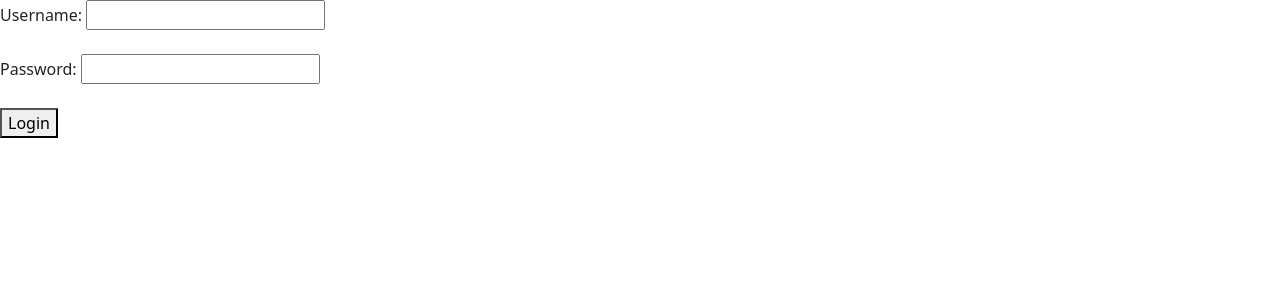
Repository: valletivarish/monojsp
Page: http://localhost/11-bank-application/login.jsp
An editor plug-in stored every save of this project. The page is shown before and after a run of saves, followed by the edit.
The browser window is 1280 px wide. The pictures show the whole page.
The page is served by Tomcat 9. Other server files are loaded and not shown.

Above is the page before, as saved 2024-07-19 16:28:54.

### 11-bank-application/WebContent/login.jsp
<%@ page language="java" contentType="text/html; charset=ISO-8859-1"
	pageEncoding="ISO-8859-1"%>
<%@ taglib uri="http://java.sun.com/jsp/jstl/core" prefix="c"%>
<%@ taglib uri="http://java.sun.com/jsp/jstl/functions" prefix="fn"%>

<html>
<head>
<title>Login</title>
<link
	href="https://cdn.jsdelivr.net/npm/bootstrap@5.0.2/dist/css/bootstrap.min.css"
	rel="stylesheet"
	integrity="sha384-EVSTQN3/azprG1Anm3QDgpJLIm9Nao0Yz1ztcQTwFspd3yD65VohhpuuCOmLASjC"
	crossorigin="anonymous">
<script
	src="https://cdn.jsdelivr.net/npm/bootstrap@5.0.2/dist/js/bootstrap.bundle.min.js"
	integrity="sha384-MrcW6ZMFYlzcLA8Nl+NtUVF0sA7MsXsP1UyJoMp4YLEuNSfAP+JcXn/tWtIaxVXM"
	crossorigin="anonymous"></script>
<!DOCTYPE html>
</head>
<body>
	<form action="login" method="post">
		<label for="username">Username:</label> <input type="text"
			id="username" name="username" required><br>
		<br> <label for="password">Password:</label> <input
			type="password" id="password" name="password" required><br>
		<br>
		<button type="submit">Login</button>
		<c:if test="${param.error != null}">
			<p style="color: red;">Invalid username or password</p>
		</c:if>
	</form>
</body>
</html>

After the next 2 saves:
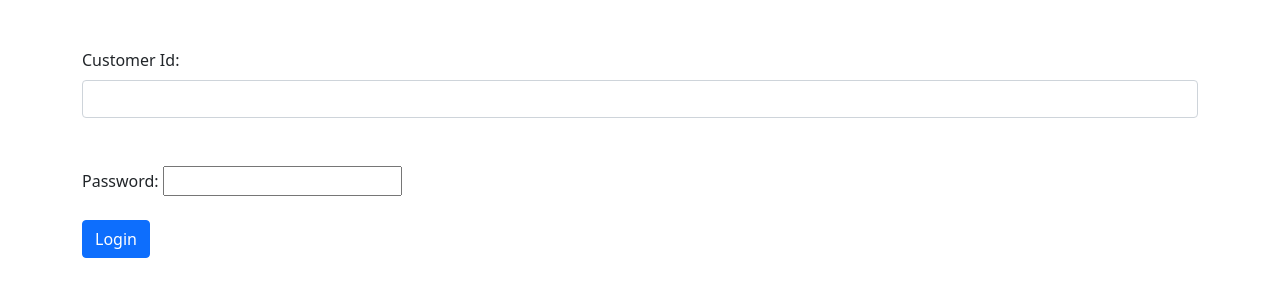
The 2 saves are shown as one change because they came seconds apart.
The last was saved 2 min 34 s later.
--- a/11-bank-application/WebContent/login.jsp
+++ b/11-bank-application/WebContent/login.jsp
@@ -18,16 +18,18 @@
 <!DOCTYPE html>
 </head>
 <body>
-	<form action="login" method="post">
-		<label for="username">Username:</label> <input type="text"
-			id="username" name="username" required><br>
-		<br> <label for="password">Password:</label> <input
-			type="password" id="password" name="password" required><br>
-		<br>
-		<button type="submit">Login</button>
-		<c:if test="${param.error != null}">
-			<p style="color: red;">Invalid username or password</p>
-		</c:if>
-	</form>
+	<div class="container-lg my-5">
+		<form action="login" method="post">
+			<label for="customerid" class="form-label">Customer Id:</label> <input
+				type="text" id="customerid" name="customerid" required
+				class="form-control"><br> <br> <label
+				for="password">Password:</label> <input type="password"
+				id="password" name="password" required><br> <br>
+			<button type="submit" class="btn btn-primary">Login</button>
+			<c:if test="${param.error != null}">
+				<p style="color: red;">Invalid username or password</p>
+			</c:if>
+		</form>
+	</div>
 </body>
 </html>
